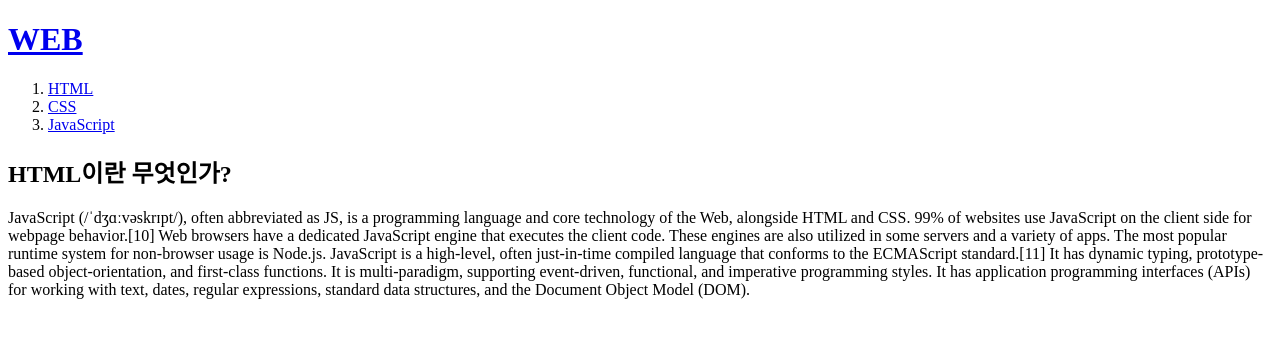
Repository: youngsik0405/Web-study
Page: Practice/WebContent/3.html
The author's editor kept a copy of each file at every save. The page is drawn from the files as they stood at one save, then again after the next save.
The browser window is 1280 px wide. The pictures show the whole page.

Above is the page before, as saved 2025-01-21 10:48:22.

### Practice/WebContent/3.html
<!DOCTYPE html>
<html>
<head>
<meta charset="UTF-8">
<title>WEB1 - html</title>
</head>
<body>
	<h1>
		<a href="index.html">WEB</a>
	</h1>
	<ol>
		<li><a href="1.html">HTML</a></a></li>
		<li><a href="2.html">CSS</a></li>
		<li><a href="3.html">JavaScript</a></li>
	</ol>
	<h2>HTML이란 무엇인가?</h2>
	<p>
		JavaScript (/ˈdʒɑːvəskrɪpt/), often abbreviated as JS, is a
		programming language and core technology of the Web, alongside HTML
		and CSS. 99% of websites use JavaScript on the client side for webpage
		behavior.[10] Web browsers have a dedicated JavaScript engine that
		executes the client code. These engines are also utilized in some
		servers and a variety of apps. The most popular runtime system for
		non-browser usage is Node.js. JavaScript is a high-level, often
		just-in-time compiled language that conforms to the ECMAScript
		standard.[11] It has dynamic typing, prototype-based
		object-orientation, and first-class functions. It is multi-paradigm,
		supporting event-driven, functional, and imperative programming
		styles. It has application programming interfaces (APIs) for working
		with text, dates, regular expressions, standard data structures, and
		the Document Object Model (DOM).
	</p>


</body>
</html>

After the next save:
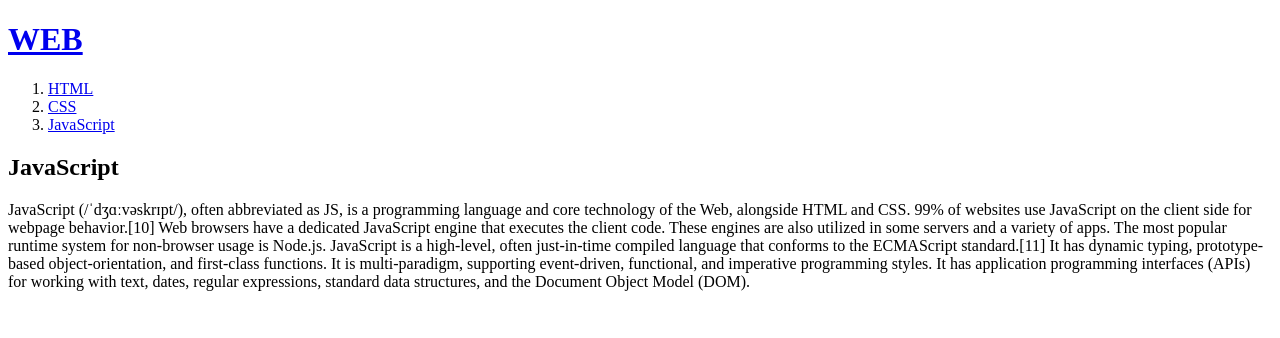
Saved 29 s later.
--- a/Practice/WebContent/3.html
+++ b/Practice/WebContent/3.html
@@ -2,7 +2,7 @@
 <html>
 <head>
 <meta charset="UTF-8">
-<title>WEB1 - html</title>
+<title>WEB1 - javascript</title>
 </head>
 <body>
 	<h1>
@@ -13,7 +13,7 @@
 		<li><a href="2.html">CSS</a></li>
 		<li><a href="3.html">JavaScript</a></li>
 	</ol>
-	<h2>HTML이란 무엇인가?</h2>
+	<h2>JavaScript</h2>
 	<p>
 		JavaScript (/ˈdʒɑːvəskrɪpt/), often abbreviated as JS, is a
 		programming language and core technology of the Web, alongside HTML
